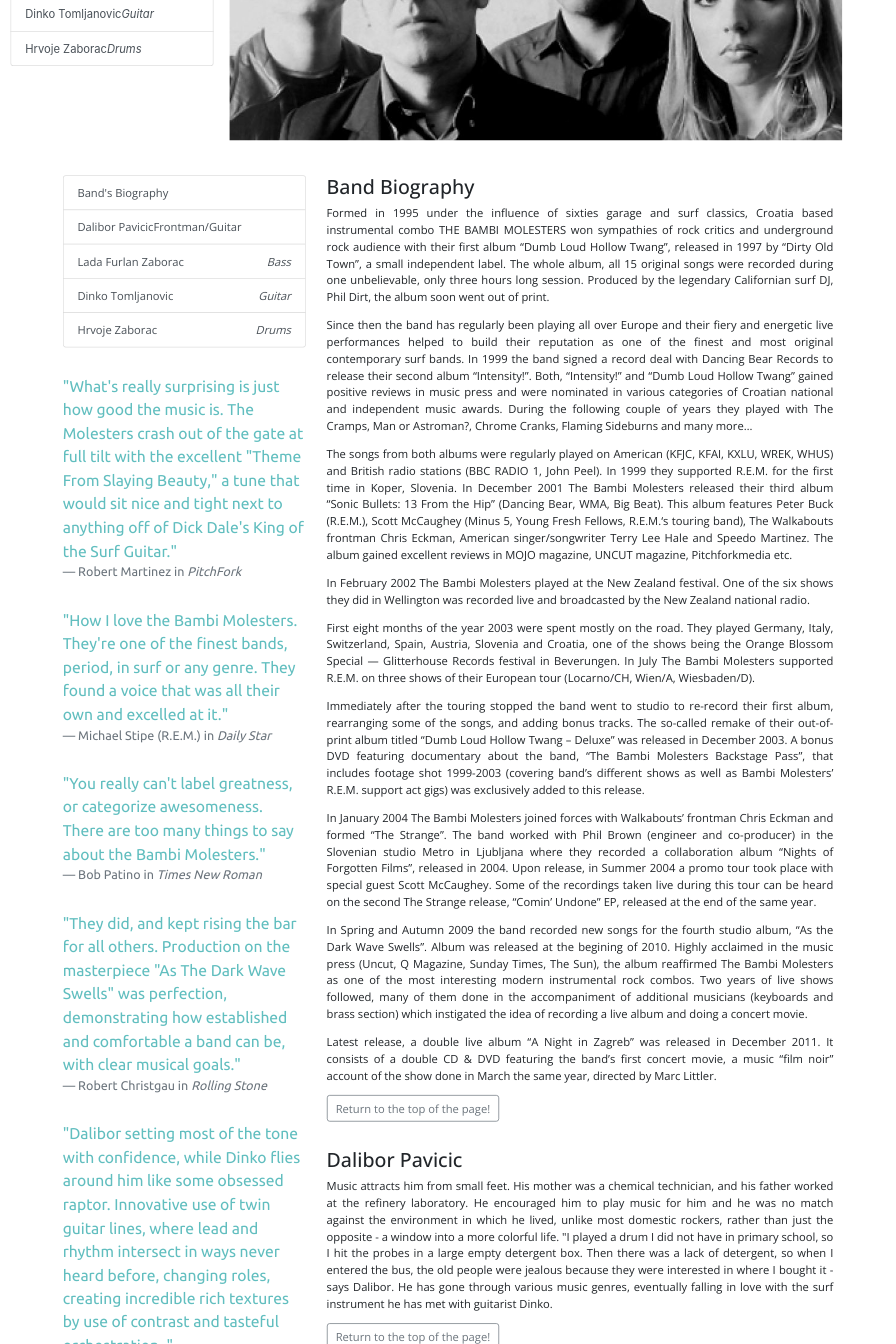
Repository: NamcorStudent/Stream_1_Project_HTML5-CSS3
Page: about.html
The author's editor kept a record of every edit. The page is drawn from the files as they stood at one moment, then again after the next edit.
The browser window is 1280 px wide. The pictures show the part of the page from y = 356 to 2276 px (the page is 3012 px tall), at 70% of full size.
Some web libraries are served in a nearby version.

Above is the page before.

After the next edit:
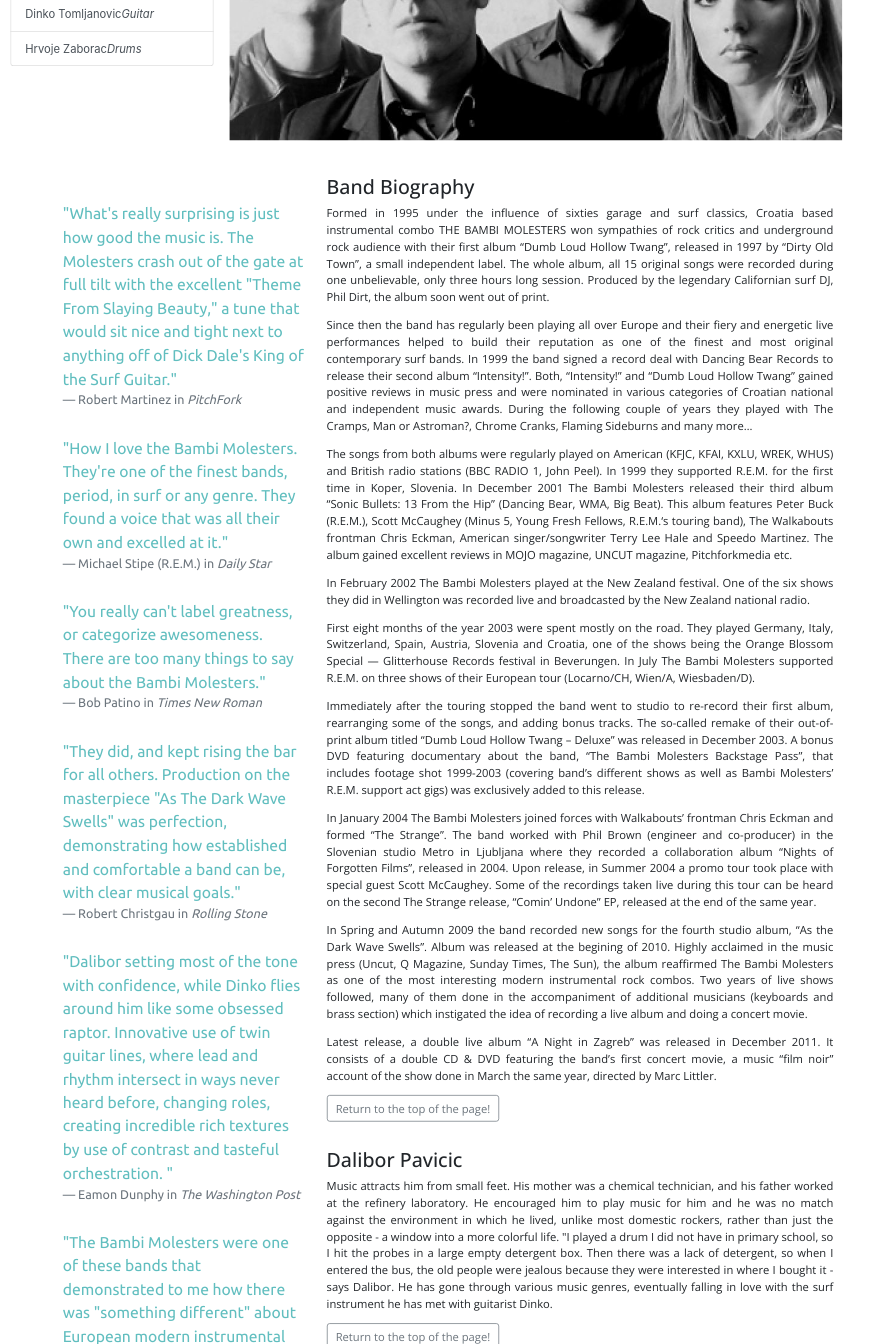
The edit:
--- a/about.html
+++ b/about.html
@@ -129,7 +129,7 @@
     <div class="conteiner-fluid page-content-container">
         <div class="row">
             <div class="col-sm-4" id="band-selection">
-                <div class="list-group band-memebers">
+                <div class="list-group band-memebers d-sm-none">
                     <a href="#written-biography" class="list-group-item list-group-item-action">
                            Band's Biography</a>
                     <a href="#dalibor" class="list-group-item list-group-item-action">
